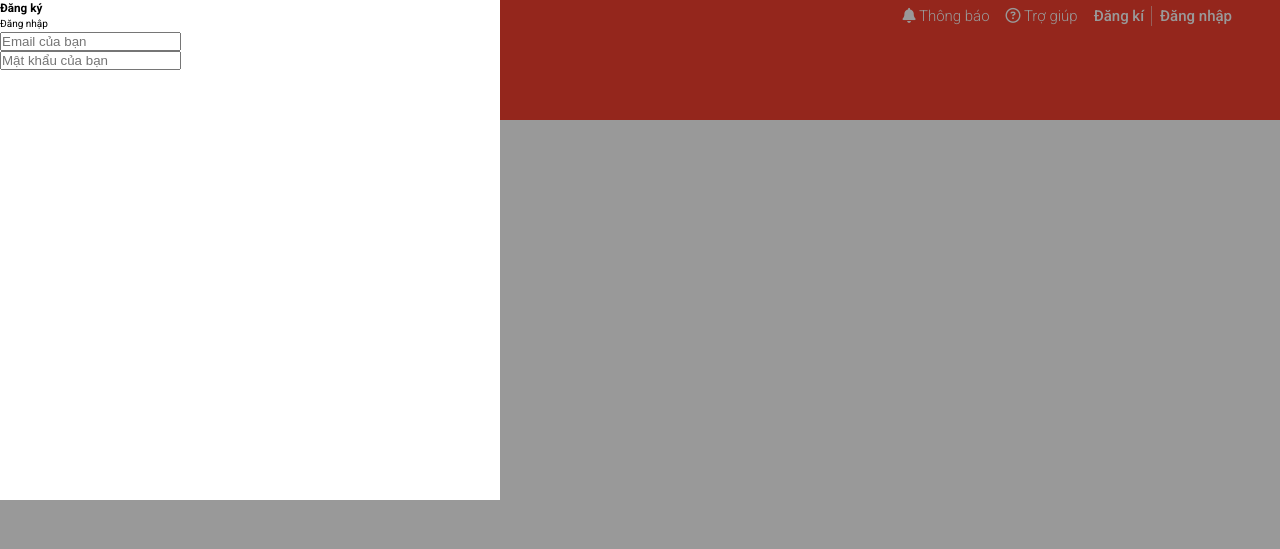
Repository: nguyenhoang2002062929/shoppee
Page: index.html
An editor plug-in stored every save of this project. The page is shown before and after the next save, followed by the edit.
The browser window is 1280 px wide. The pictures show the whole page.

Above is the page before, as saved 2023-06-19 23:16:16.

### index.html
<!DOCTYPE html>
<html lang="en">
<head>
    <meta charset="UTF-8">
    <meta name="viewport" content="width=device-width, initial-scale=1.0">
    <title>Document</title>

    <link rel="stylesheet" href="./assets/css/base.css">
    <link rel="stylesheet" href="./assets/css/main.css">
    <link href="https://fonts.googleapis.com/css2?family=Roboto:wght@100;300;400;500;700&display=swap" rel="stylesheet">
    <link rel="stylesheet" href="https://cdnjs.cloudflare.com/ajax/libs/font-awesome/6.4.0/css/all.min.css" integrity="sha512-iecdLmaskl7CVkqkXNQ/ZH/XLlvWZOJyj7Yy7tcenmpD1ypASozpmT/E0iPtmFIB46ZmdtAc9eNBvH0H/ZpiBw==" crossorigin="anonymous" referrerpolicy="no-referrer" />

</head>
<body>
    <div class="app">
        <!-- header -->
        <div class="header">
            <div class="gird">

                <nav class="header__nav">
                    <ul class="header__nav-list">
                        <li class="header__nav-item header__nav-item--separate header__nav-item--hover-qr ">Vào cửa hàng trên ứng dụng shop
                            <!-- header qr code -->
                            <div class="header__qr-code">
                                <img src="./assets/img/qr_code.png" alt="" class="header__qr-code-img">
                                <div class="header__qr-code-app">
                                    <img src="./assets/img/googplay.png" alt="" class="header__app">
                                    <img src="./assets/img/appStore.png" alt="" class="header__app">
                                </div>
                            </div>
                        </li>
                        <li class="header__nav-item">
                            <span>Kết nối:</span>
                            <a href="" class="header_nav-item-icon"> <i class="fab fa-facebook"></i></a>
                            <a href="" class="header_nav-item-icon"> <i class="fab fa-instagram"></i></a>
                        </li>
                    </ul>

                    <ul class="header__nav-list">
                        <li class="header__nav-item header__nav-item--notify "><a class="header__nav-item-link" href=""><i class="fas fa-bell"></i> Thông báo</a>
                           <!-- notify -->
                           <div class="header__notify">
                                <div class="header__notify-header">
                                    <h3 class="notify__title">Thông Báo Mới Nhận</h3>
                                </div>
                                <ul class="notify__list">
                                    <li class="notify__list-item notify__list-item--view">
                                        <img src="https://cf.shopee.vn/file/d52c8e2d6975e3175edda97f317e21cb_tn" alt="" class="notify__list-item-img">
                                        <div class="notify__list-item-text">
                                            <p class="notify__list-item-text-big">Nhanh tay săn ngay mỹ phẩm F8 vào ngày 8/3 để nhận nhiều ưu đãi</p>
                                            <p class="notify__list-item-text-small">Thương hiệu mỹ phẩm đến từ F8, sáng mịn da tự tin ra đường bảo đảm trai bu như kiến hiện đang giảm giá 99% chỉ còn 1k</p>
                                        </div>
                                    </li>
                                    <li class="notify__list-item">
                                        <img src="https://cf.shopee.vn/file/d52c8e2d6975e3175edda97f317e21cb_tn" alt="" class="notify__list-item-img">
                                        <div class="notify__list-item-text">
                                            <p class="notify__list-item-text-big">Nhanh tay săn ngay mỹ phẩm F8 vào ngày 8/3 để nhận nhiều ưu đãi</p>
                                            <p class="notify__list-item-text-small">Thương hiệu mỹ phẩm đến từ F8, sáng mịn da tự tin ra đường bảo đảm trai bu như kiến hiện đang giảm giá 99% chỉ còn 1k</p>
                                        </div>
                                    </li>
                                    <li class="notify__list-item">
                                        <img src="https://cf.shopee.vn/file/d52c8e2d6975e3175edda97f317e21cb_tn" alt="" class="notify__list-item-img">
                                        <div class="notify__list-item-text">
                                            <p class="notify__list-item-text-big">Nhanh tay săn ngay mỹ phẩm F8 vào ngày 8/3 để nhận nhiều ưu đãi</p>
                                            <p class="notify__list-item-text-small">Thương hiệu mỹ phẩm đến từ F8, sáng mịn da tự tin ra đường bảo đảm trai bu như kiến hiện đang giảm giá 99% chỉ còn 1k</p>
                                        </div>
                                    </li>
                                    <li class="notify__list-item notify__list-item--view">
                                        <img src="https://cf.shopee.vn/file/d52c8e2d6975e3175edda97f317e21cb_tn" alt="" class="notify__list-item-img">
                                        <div class="notify__list-item-text">
                                            <p class="notify__list-item-text-big">Nhanh tay săn ngay mỹ phẩm F8 vào ngày 8/3 để nhận nhiều ưu đãi</p>
                                            <p class="notify__list-item-text-small">Thương hiệu mỹ phẩm đến từ F8, sáng mịn da tự tin ra đường bảo đảm trai bu như kiến hiện đang giảm giá 99% chỉ còn 1k</p>
                                        </div>
                                    </li>
                                </ul>
                                <div class="header__notify-footer">Xem tất cả</div>
                            </div>
                        </li>
                        <li class="header__nav-item"><a class="header__nav-item-link" href=""><i class="far fa-question-circle"></i> Trợ giúp</a></li>
                        <li class="header__nav-item header__nav-item--strong header__nav-item--separate">Đăng kí</li>
                        <li class="header__nav-item header__nav-item--strong">Đăng nhập</li>
                    </ul>
                </nav>
            </div>
        </div>

        <!-- container -->
        <div class="container">

        </div>

        <!-- footer -->
        <div class="footer">

        </div>
    </div>

    <!-- modal layout -->
    <div class="modal">
        <div class="modal__overlay"></div>
        <div class="modal__body">
            <div class="modal__inner">
                <!-- Authen form -->
                <div class="auth-form">
                    <div class="auth-form__header">
                        <h3 class="auth-form__heading">Đăng ký</h3>
                        <span class="auth-form__switch-btn">Đăng nhập</span>
                    </div>
                    <div class="auth-form__form">
                        <div class="auth-form__group">
                            <input type="text" class="auth-form__input" placeholder="Email của bạn">
                        </div>
                        <div class="auth-form__group">
                            <input type="password" class="auth-form__input" placeholder="Mật khẩu của bạn">
                        </div>
                    </div>

                </div>
            </div>
        </div>
    </div>
</body>
</html>

### assets/css/base.css
:root{
    --white-color: #fff;
    --black-color: #000;
    --text-color: #333;
    --color-main: #f63f2e;
}
*{
    box-sizing: inherit;
    margin: 0;
    padding: 0;
}
html{
    font-size: 62.5%;
    line-height: 1.6rem;
    font-family: 'Roboto', sans-serif;
    box-sizing: border-box;
}
.gird{
    width: 1200px;
    max-width: 1200px;
    margin: 0 auto;
}
.gird__full-width{
    width: 100%;
}
.gird__row{
    display: flex;
    flex-wrap: wrap;
}

### assets/css/main.css

.header{
    width: 100%;
    height: 120px;
    background-color: #f63f2e;
}
.header__nav{
    display: flex;
    justify-content: space-between;

}
.header__nav-list{
    display: flex;
}
.header__nav-item{
    position: relative;
    display: block;
    font-size: 15px;
    color:  var(--white-color);
    text-decoration: none;
    list-style-type: none;
    font-weight: 300;
    margin: 0px 8px;
    cursor: pointer;
    padding: 8px 0;
}
.header_nav-item-icon{
    text-decoration: none;
    color: var(--white-color);
    margin-left: 8px;
}
.header__nav-item-link{
    text-decoration: none;
    color: var(--white-color);
}
.header__nav-item--strong{
    font-weight: 500;
}
.header__nav-item--separate::after{
    content: "";
    height: 20px;
    color: #fff;
    opacity: 0.5;
    border-left: 1px solid #fff;
    position: absolute;
    top: 50%;
    right: -8px;
    transform: translateY(-50%);
}
.header_nav-item-icon:hover,
.header__nav-item:hover,
.header__nav-item-link:hover{
    color: rgba(255, 255, 255, 0.7);
}
.header__nav-item span{
    cursor: default;
    color: var(--white-color);
}
/* <!-- header qr code --> */
.header__qr-code{
    position: absolute;
    width: 186px;
    background-color: var(--white-color);
    left: 0;
    padding: 8px;
    display: none;
    margin-top: 8px;
    animation: inFace ease 0.4s;
}
.header__qr-code-img{
    width: 100%;
}
.header__qr-code-app{
    display: flex;
    justify-content: space-evenly;
}
.header__app{
    height: 16px;
}
.header__nav-item--hover-qr:hover .header__qr-code{
    display: block;
}
@keyframes inFace{
    from{
        opacity: 0;
    }
    to{
        opacity: 1;
    }
}
/* notify */
.header__notify{
    position: absolute;
    width: 404px;
    background-color: #fff;
    right: 0;
    top: 100%;
    border: 1px solid #ddd;
    border-radius: 2px;
    display: none;
    transform-origin: 90% top;
    animation: headerNotify ease-in 0.2s;
    will-change: opacity , transform;
}
@keyframes headerNotify{
    from{
        opacity: 0;
        transform: scale(0);
    }
    to{
        opacity: 1;
        transform: scale(1);
    }
}
.header__notify::before{
    position: absolute;
    content: "";
    border-width: 20px 35px;
    border-style: solid;
    border-color: transparent transparent #fff transparent;
    top: -28px;
    right: 12px;
}
.header__notify-header{
    display: block;
}
.notify__title{
    color:#333;
    font-weight: 300;
    font-size: 1.5rem;
    padding: 8px;
}
.notify__list{
}
.notify__list-item{
    position: relative;
    display: flex;
    color: #000;
    padding-bottom: 8px;
    padding-top: 8px;
}
.notify__list-item-img{
    top: 0;
    width: 48px;
    align-self: flex-start;
    padding: 2px 8px;
    display: inline;
}
.notify__list-item-text-big{
    font-size: 16px;
    font-weight: 400;
    text-overflow: 2px;
    line-height: 1.5;
}
.notify__list-item-text-small{
    font-size: 12px;
    font-weight: 300;
    color: #333;
    margin-top: 4px;
    line-height: 1.4;
}

.header__notify-footer{
    color: #333;
    text-align: center;
    padding: 8px 0;
    display: block;
}
.notify__list-item--view{
    background-color: rgba(239, 187, 176, 0.2)
}
.header__nav-item--notify:hover .header__notify {
    display: block;
}
.notify__list-item--view:hover{
    background-color: #ddd;
}
/* modal-overlay */
.modal{
    position: absolute;
    top: 0;
    bottom: 0;
    right: 0;
    left: 0;
    display: flex;
}
.modal__overlay{
    position: absolute;
    width: 100%;
    height: 100%;
    background-color:rgba(0, 0, 0, 0.4);
}
.modal__body{
    position: absolute;
    width: 500px;
    height: 500px;
    background-color: #fff;
    z-index: 1;
    margin: auto;
}

After the next save:
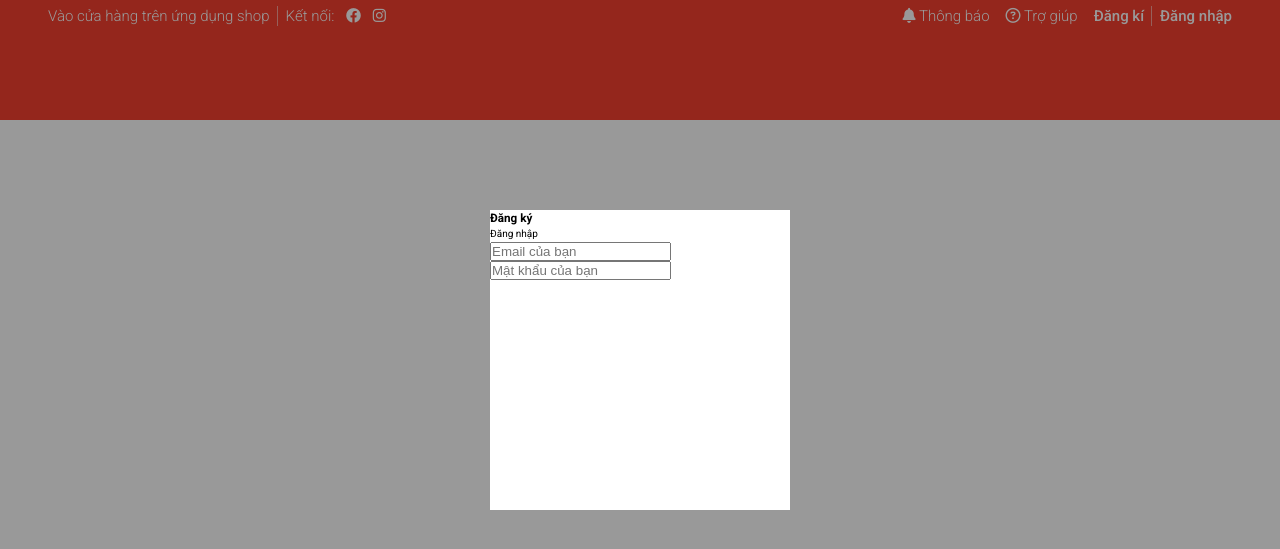
Saved 38 s later.
--- a/assets/css/main.css
+++ b/assets/css/main.css
@@ -191,9 +191,8 @@
     background-color:rgba(0, 0, 0, 0.4);
 }
 .modal__body{
-    position: absolute;
-    width: 500px;
-    height: 500px;
+    width: 300px;
+    height: 300px;
     background-color: #fff;
     z-index: 1;
     margin: auto;
